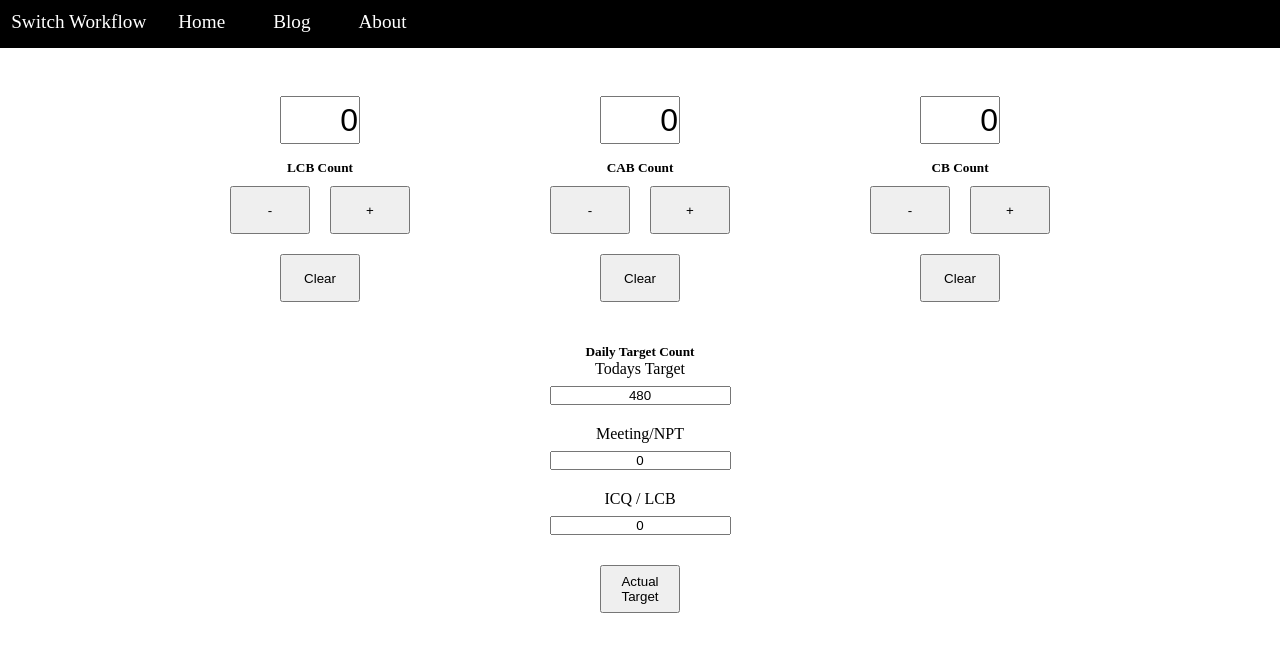
Repository: suraj-yadav7/SwitchWorkflow-Count-reactjs
Page: /
The author's editor kept a copy of each file at every save. The page is drawn from the files as they stood at one save, then again after the next save.
The browser window is 1280 px wide. The pictures show the whole page.
The project was rebuilt for these pictures with package versions that can differ from the ones it lists, and the page was loaded fresh each time.

Above is the page before, as saved 2023-04-18 22:28:54.

### src/App.js
import './App.css';
import DailyTarget from './Components/DailyTarget';
import TitleCount from './Components/TitleCount';

function App() {
  return (
    <>
    <TitleCount />
    <DailyTarget />
    </>
  );
}

export default App;

### src/App.css
*{
  margin: 0;
  padding: 0;
  box-sizing: border-box;
}

button{
  width: 5rem;
  margin: 10px;
  height: 3rem;
}
li,a{
  list-style: none;
}
/* Nav bar */
nav{
  width: 100%;
  height: 3rem;
  display: flex;
  padding: 0.7rem;
  background-color: black;
  color: white;
  font: 400 1.2rem san-serif;
}
nav > ul{
  display: flex;
  gap: 3rem;
  margin-left: 2rem;
}

.container1{
  display:flex ;
  justify-content: center;
  align-items: center;
  gap: 2rem;
  padding: 2rem;
}

.card-body{
  text-align: center;
}

.card >input{
  width: 5rem;
  height: 3rem;
  font-size: 2rem;
  text-align: right;
  margin:1rem  6.5rem;
}

/* Daily Target style */
.dailyTarget{
  align-items: center;
  display: flex;
  justify-content: center;
}
.card2{
}
.textType{
  display: flex;
  flex-direction: column;
  width: 20rem;
  align-items: center;
  justify-content: center;
}
.textType >input{
  margin: 8px 0px 20px 0px;
  text-align: center;
}

### src/Components/DailyTarget.jsx
import React from 'react'
import {useState, useEffect} from "react"
const DailyTarget = () => {
        const [target, setTarget] = useState({
            targ:480,
            npt:0,
            icq:0
        })
        // const [npt, setNPT] = useState(0)
        // const [icq, setICQ] = useState(0)

        const targetHandle = () =>{

        }

    return (
        <>
            <div className='dailyTarget'>
                <div class="card card2" >
                    <div class="card-body textType">
                        <h5 class="card-title">Daily Target Count</h5>
                        <span>Todays Target</span><input type='text' name="todaysTarget" value={target.targ}/>
                        <span>Meeting/NPT</span><input type='text' name="npt"  value={target.npt}/>
                        <span>ICQ / LCB</span><input type='text' name="icq" value={target.icq}/>
                        <button onClick={targetHandle}>Actual Target</button>
                    </div>
                </div>

            </div>
        </>
    )
}

export default DailyTarget

### src/Components/TitleCount.jsx
import React from 'react'
import { useState, useEffect } from 'react'
const TitleCount = () => {

    const [lcbCount, setLcbCount] = useState(parseInt(localStorage.getItem("lcbKey")) || 0)
    const [cbCount, setcbCount] = useState(parseInt(localStorage.getItem("cbKey")) || 0)
    const [cabCount, setCabCount] = useState(parseInt(localStorage.getItem("cabKey")) || 0)

    useEffect(()=>{
        localStorage.setItem("lcbKey", lcbCount)
        localStorage.setItem("cbKey", cbCount)
        localStorage.setItem("cabKey", cabCount)
    },[lcbCount,cbCount,cabCount])

    return (
        <>
        <nav>
            <span>Switch Workflow</span>
                <ul>
                    <li>Home</li>
                    <li>Blog</li>
                    <li>About</li>
                </ul>
        </nav>
            <div className="container1">
                <div class="card" style={{width: "18rem"}}>
                    <input type='text' name="lcbCount" value={lcbCount}/>
                    <div class="card-body">
                        <h5 class="card-title">LCB Count</h5>
                        <button onClick={()=>setLcbCount(val => (lcbCount>0 ? val-1: 0))}>-</button>
                        <button onClick={()=>setLcbCount(val => val+1)}>+</button>
                        <button onClick={()=>setLcbCount(0)}>Clear</button>
                    </div>
                </div>
                <div class="card" style={{width: "18rem"}}>
                    <input type='text' name="cabCount" value={cabCount}/>
                    <div class="card-body">
                        <h5 class="card-title">CAB Count</h5>
                        <button onClick={()=>setCabCount(val => (cabCount>0 ? val-1: 0))}>-</button>
                        <button onClick={()=>setCabCount(val => val+1)}>+</button>
                        <button onClick={()=>setCabCount(0)}>Clear</button>
                    </div>
                </div>
                <div class="card" style={{width: "18rem"}}>
                    <input type='text' name="cbCount" value={cbCount}/>
                    <div class="card-body">
                        <h5 class="card-title">CB Count</h5>
                        <button onClick={()=>setcbCount(val => (cbCount>0 ? val-1: 0))}>-</button>
                        <button onClick={()=>setcbCount(val => val+1)}>+</button>
                        <button onClick={()=>setcbCount(0)}>Clear</button>
                    </div>
                </div>
            </div>

        </>
    )
}

export default TitleCount

Loaded but not shown: src/index.js (common file)

After the next save:
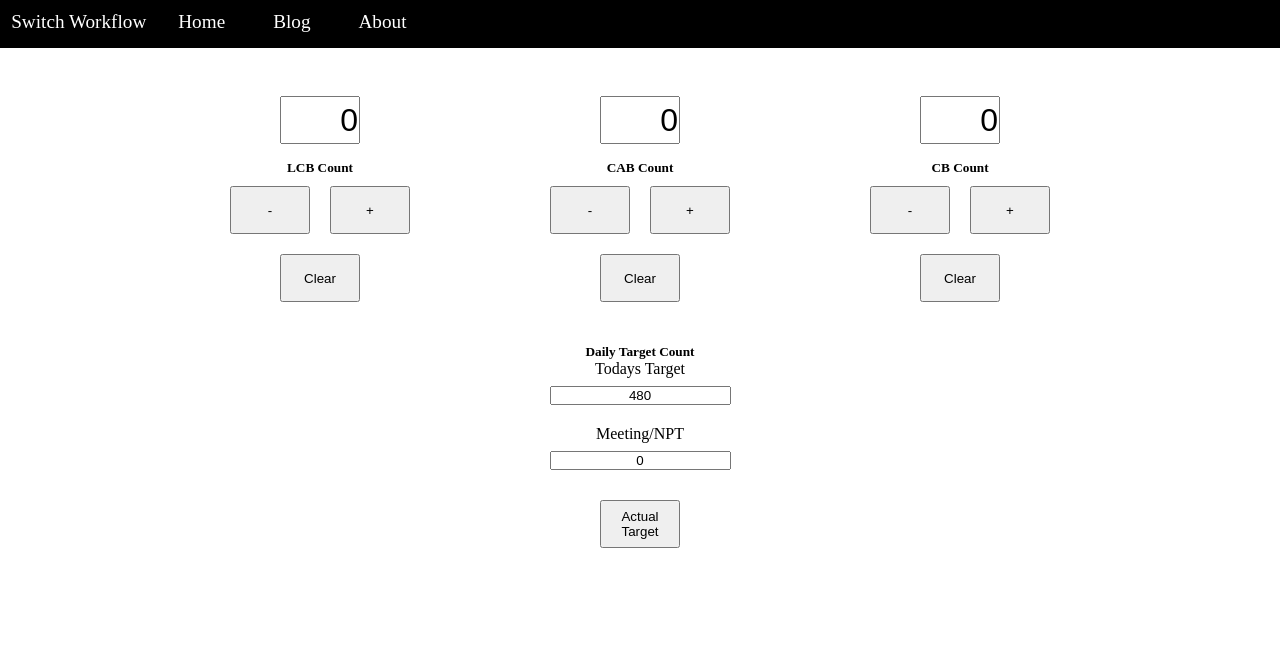
Saved 6 s later.
--- a/src/Components/DailyTarget.jsx
+++ b/src/Components/DailyTarget.jsx
@@ -21,7 +21,6 @@
                         <h5 class="card-title">Daily Target Count</h5>
                         <span>Todays Target</span><input type='text' name="todaysTarget" value={target.targ}/>
                         <span>Meeting/NPT</span><input type='text' name="npt"  value={target.npt}/>
-                        <span>ICQ / LCB</span><input type='text' name="icq" value={target.icq}/>
                         <button onClick={targetHandle}>Actual Target</button>
                     </div>
                 </div>

After the 2 saves that followed:
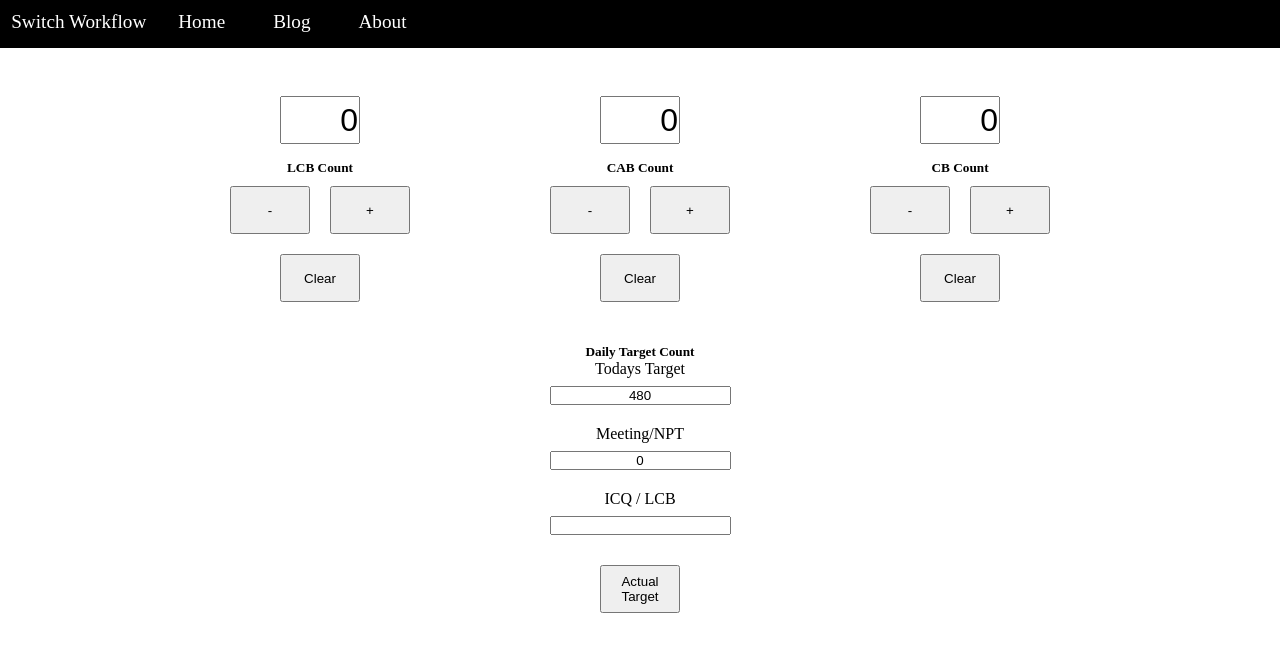
The 2 saves are shown as one change because 1 did not build or start.
The last was saved 13 s later.
--- a/src/Components/DailyTarget.jsx
+++ b/src/Components/DailyTarget.jsx
@@ -21,6 +21,7 @@
                         <h5 class="card-title">Daily Target Count</h5>
                         <span>Todays Target</span><input type='text' name="todaysTarget" value={target.targ}/>
                         <span>Meeting/NPT</span><input type='text' name="npt"  value={target.npt}/>
+                        <span>ICQ / LCB</span><input type='text' name="icq" />
                         <button onClick={targetHandle}>Actual Target</button>
                     </div>
                 </div>
